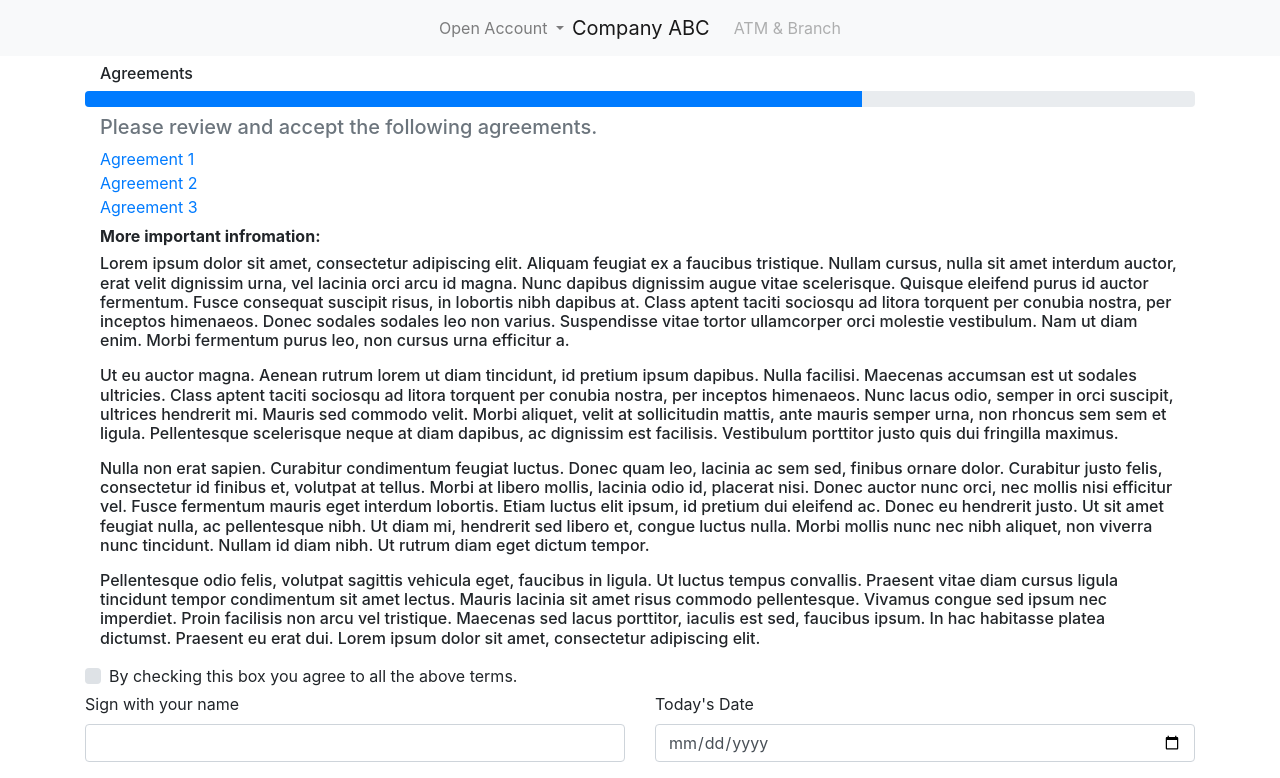
Repository: barriosan95/banking-opening-account-demo
Page: views/agreement_app.ejs
The author's editor kept a record of every edit. The page is drawn from the files as they stood at one moment, then again after the next edit.
The browser window is 1280 px wide. The pictures show the whole page.
Some web fonts or font styles are not loaded; a fallback is used. Some web libraries are served in a nearby version. The page is served by the project's Node server (index.js). Other server files are loaded and not shown. The template is opened directly, without the code that normally fills it, so the values that code supplies are empty.

Above is the page before.

### views/agreement_app.ejs
<% include ./partials/header %>
    <div class ="container">
        <div class ="container mt-2">
            <h6 class="mb-0"> Agreements <h6>
        </div>
        <div class="progress">
            <div class="progress-bar" role="progressbar" style="width: 70%" aria-valuenow="70" aria-valuemin="0" aria-valuemax="100"></div>
        </div>
        <div class ="container mt-2 mb-2 text-muted">
            <h5> Please review and accept the following agreements.</h5>
        </div>
        <div class ="container">
            <a href="#"> Agreement 1 </a>
        </div>
        <div class ="container">
            <a href="#"> Agreement 2 </a>
        </div>
        <div class ="container">
            <a href="#"> Agreement 3 </a>
        </div>
        <div class ="container mt-2 ">
            <h6 class="mb-2"> <b>More important infromation:</b><h6>
            <p>Lorem ipsum dolor sit amet, consectetur adipiscing elit. Aliquam feugiat ex a faucibus tristique. Nullam cursus, nulla sit amet interdum auctor, erat velit dignissim urna, vel lacinia orci arcu id magna. Nunc dapibus dignissim augue vitae scelerisque. Quisque eleifend purus id auctor fermentum. Fusce consequat suscipit risus, in lobortis nibh dapibus at.
            Class aptent taciti sociosqu ad litora torquent per conubia nostra, per inceptos himenaeos. Donec sodales sodales leo non varius.
            Suspendisse vitae tortor ullamcorper orci molestie vestibulum. Nam ut diam enim. Morbi fermentum purus leo, non cursus urna efficitur a. </p>

            <p>Ut eu auctor magna. Aenean rutrum lorem ut diam tincidunt, id pretium ipsum dapibus. Nulla facilisi. Maecenas accumsan est ut sodales ultricies.
            Class aptent taciti sociosqu ad litora torquent per conubia nostra, per inceptos himenaeos. Nunc lacus odio, semper in orci suscipit, ultrices hendrerit mi.
            Mauris sed commodo velit. Morbi aliquet, velit at sollicitudin mattis, ante mauris semper urna, non rhoncus sem sem et ligula. Pellentesque scelerisque neque at diam dapibus,
            ac dignissim est facilisis. Vestibulum porttitor justo quis dui fringilla maximus. </p>

            <p>
            Nulla non erat sapien. Curabitur condimentum feugiat luctus.
            Donec quam leo, lacinia ac sem sed, finibus ornare dolor. Curabitur justo felis, consectetur id finibus et, volutpat at tellus. Morbi at libero mollis, lacinia odio id, placerat nisi.
            Donec auctor nunc orci, nec mollis nisi efficitur vel. Fusce fermentum mauris eget interdum lobortis. Etiam luctus elit ipsum, id pretium dui eleifend ac. Donec eu hendrerit justo.
            Ut sit amet feugiat nulla, ac pellentesque nibh. Ut diam mi, hendrerit sed libero et, congue luctus nulla. Morbi mollis nunc nec nibh aliquet, non viverra nunc tincidunt.
            Nullam id diam nibh. Ut rutrum diam eget dictum tempor. </p>

            <p>Pellentesque odio felis, volutpat sagittis vehicula eget, faucibus in ligula. Ut luctus tempus convallis.
            Praesent vitae diam cursus ligula tincidunt tempor condimentum sit amet lectus. Mauris lacinia sit amet risus commodo pellentesque.
            Vivamus congue sed ipsum nec imperdiet. Proin facilisis non arcu vel tristique. Maecenas sed lacus porttitor, iaculis est sed, faucibus ipsum.
            In hac habitasse platea dictumst. Praesent eu erat dui. Lorem ipsum dolor sit amet, consectetur adipiscing elit.</p>
        </div>
        <div class="custom-control custom-checkbox my-1 mr-sm-2">
            <input type="checkbox" class="custom-control-input" id="customControlInline">
            <label class="custom-control-label" for="customControlInline">By checking this box you agree to all the above terms. </label>
        </div>
        <form>
            <div class="row">
                <div class="col">
                    <label> Sign with your name </label>
                    <input type="text" class="form-control" placeholder="">
                </div>
                <div class="col">
                    <label> Today's Date</label>
                    <input type="date" class="form-control" placeholder="">
                </div>
            </div>
    </div>

<% include ./partials/footer %>

### views/partials/header.ejs
<!DOCTYPE HTML!>
<html>

    <head>


        <!--CDN Bootstrap v4.1.3-->
        <link rel="stylesheet" href="https://stackpath.bootstrapcdn.com/bootstrap/4.1.3/css/bootstrap.min.css">
        <link rel="stylesheet" href="https://cdnjs.cloudflare.com/ajax/libs/font-awesome/4.7.0/css/font-awesome.min.css">

        <!--Ref stylesheets -->
        <link rel= "stylesheet" type="text/css" href="/styles/app.css">


        <!--font -->
        <link href="https://fonts.googleapis.com/css?family=Muli:200,300,400,700,800" rel="stylesheet">


        <!--Will ensure proper responsivness on mobile devices-->
        <meta name="viewport" content="width=device-width, initial-scale=1, shrink-to-fit=no">

        <title> Banking OA Demo </title>

        <meta name="viewport" content="width=device-width, initial-scale=1, maximum-scale=1, user-scalable=no">

    </head>

    <body>

    <!--NAVBAR-->
        <nav class="navbar navbar-expand-lg navbar-light bg-light">
            <button class="navbar-toggler" type="button" data-toggle="collapse" data-target="#navbarNavDropdown" aria-controls="navbarNavDropdown" aria-expanded="false" aria-label="Toggle navigation">
                <span class="navbar-toggler-icon"></span>
            </button>

            <div class="collapse navbar-collapse" id="navbarNavDropdown">
                <ul class="navbar-nav mx-auto">
                    <li class="nav-item dropdown">
                        <a class="nav-link dropdown-toggle" href="#" id="navbarDropdown" role="button" data-toggle="dropdown">
                            Open Account
                        </a>
                        <div class="dropdown-menu" aria-labelledby="navbarDropdown">
                          <a class="dropdown-item" href="/checking">Checking Accounts</a>
                          <div class="dropdown-divider"></div>
                          <a class="dropdown-item" href="/savings">Savings Accounts </a>
                          <div class="dropdown-divider"></div>
                          <a class="dropdown-item" href="#">Money Market Accounts</a>
                          <div class="dropdown-divider"></div>
                          <a class="dropdown-item" href="#">CD and IRA's</a>

                        </div>
                    </li>
                    <a class="navbar-brand" href="/"> Company ABC </a>
                     <li class="nav-item">
                        <a class="nav-link disabled" href="#">ATM & Branch</a>
                     </li>
                </ul>
            </div>
        </nav>

### views/partials/footer.ejs

        <!--Bootstrap js scripts-->
        <script src="https://code.jquery.com/jquery-3.3.1.min.js" integrity="sha256-FgpCb/KJQlLNfOu91ta32o/NMZxltwRo8QtmkMRdAu8="crossorigin="anonymous"></script>
        <script src="https://cdnjs.cloudflare.com/ajax/libs/popper.js/1.12.9/umd/popper.min.js" integrity="sha384-ApNbgh9B+Y1QKtv3Rn7W3mgPxhU9K/ScQsAP7hUibX39j7fakFPskvXusvfa0b4Q" crossorigin="anonymous"></script>
        <script src="https://maxcdn.bootstrapcdn.com/bootstrap/4.0.0/js/bootstrap.min.js" integrity="sha384-JZR6Spejh4U02d8jOt6vLEHfe/JQGiRRSQQxSfFWpi1MquVdAyjUar5+76PVCmYl" crossorigin="anonymous"></script>
        <!--JS SCIPTs -->

        <script src="/js/forms.js"></script>
        <script src="https://cdn.jsdelivr.net/npm/jquerykeyframes@1.0.5/dist/jquery.keyframes.min.js"></script>

    </body>
</html>

### index.js
const express = require('express');


const mainRoutes = require('./routes/main');

//APP CONFIGURATIONS
var app = express();
    app.set('view engine','ejs');
    app.use(express.static("public"));
    app.use(mainRoutes);





app.listen(process.env.PORT,process.env.IP,function(){
    console.log('Server established.');
});

### public/styles/app.css
.app-img{
    max-height: 40%;
    max-width: 40%;
}

Loaded but not shown: public/js/forms.js (no copy from this time; the picture is the same without it)

After the next edit:
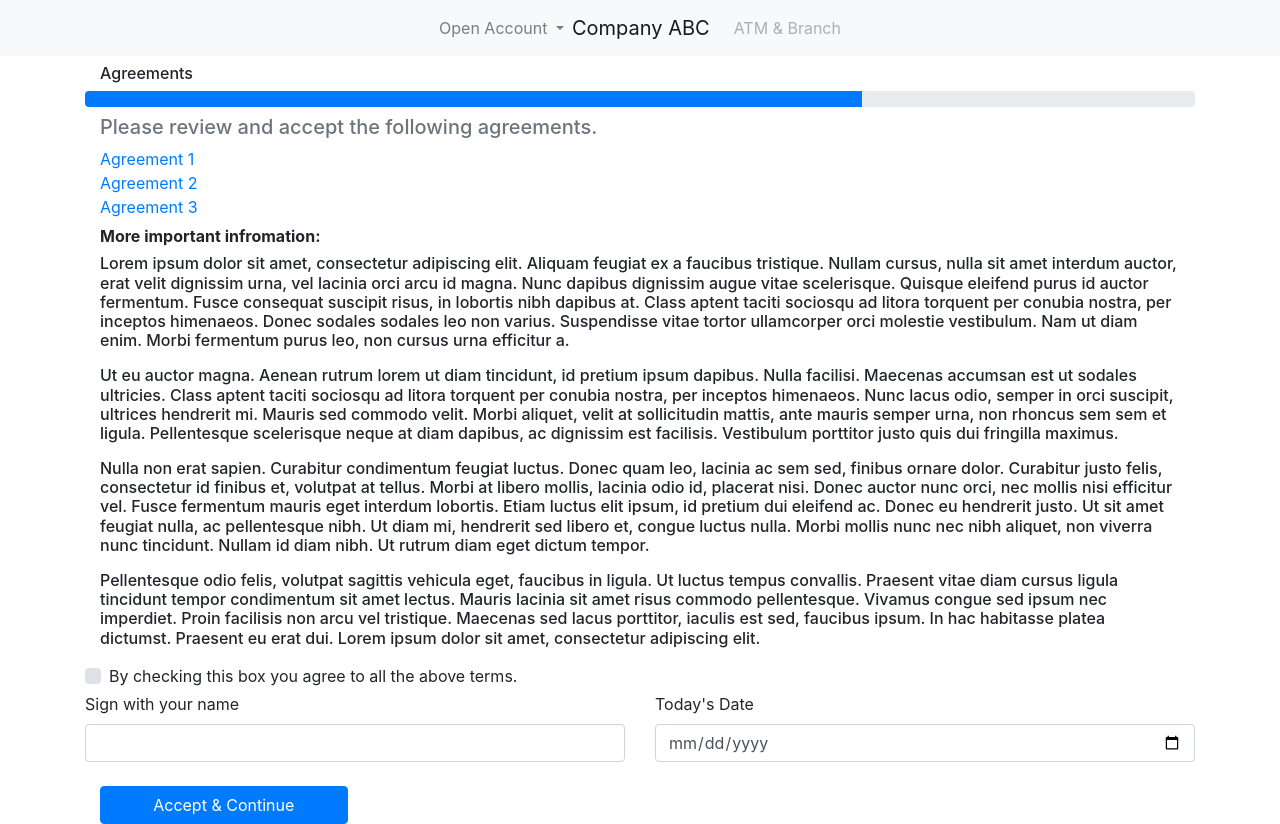
The edit:
--- a/views/agreement_app.ejs
+++ b/views/agreement_app.ejs
@@ -56,6 +56,14 @@
                     <input type="date" class="form-control" placeholder="">
                 </div>
             </div>
+        </form>
+        <div class ="container">
+                <div class ="row mt-2">
+                    <div class = "col-md-3 mr-auto">
+                        <a href="/checking/application/customerInfo/finances/agreements/deposit" > <button class="btn btn-primary mt-2 btn-block">Accept & Continue </button></a>
+                    </div>
+                </div>
+            </div>
     </div>
 
 <% include ./partials/footer %>
